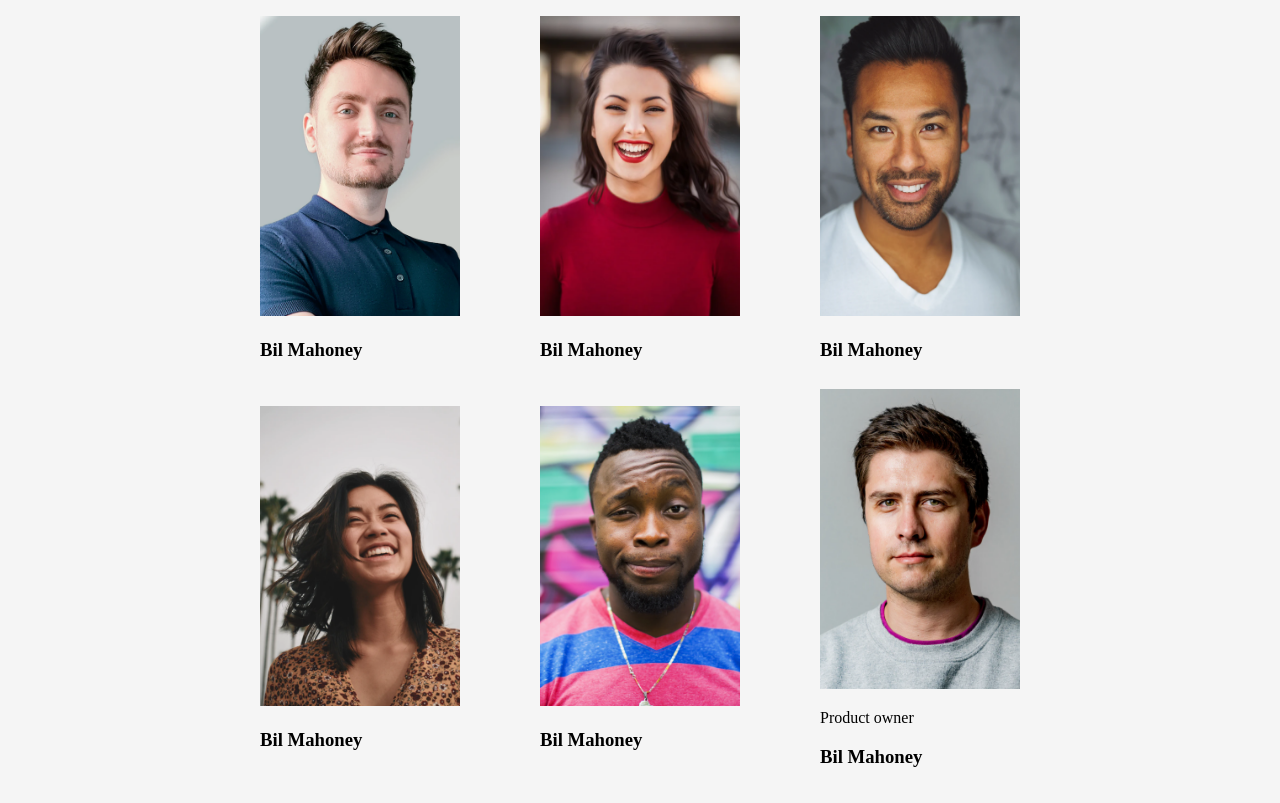
Repository: georgisenze/my-team-page-challeng
Page: index.html
These files come from the project's save history. The page is drawn as it stood at one moment and after the next save; the edit follows.
The browser window is 1280 px wide. The pictures show the whole page.

Above is the page before, as saved 2023-02-22 22:11:35.

After the next save:
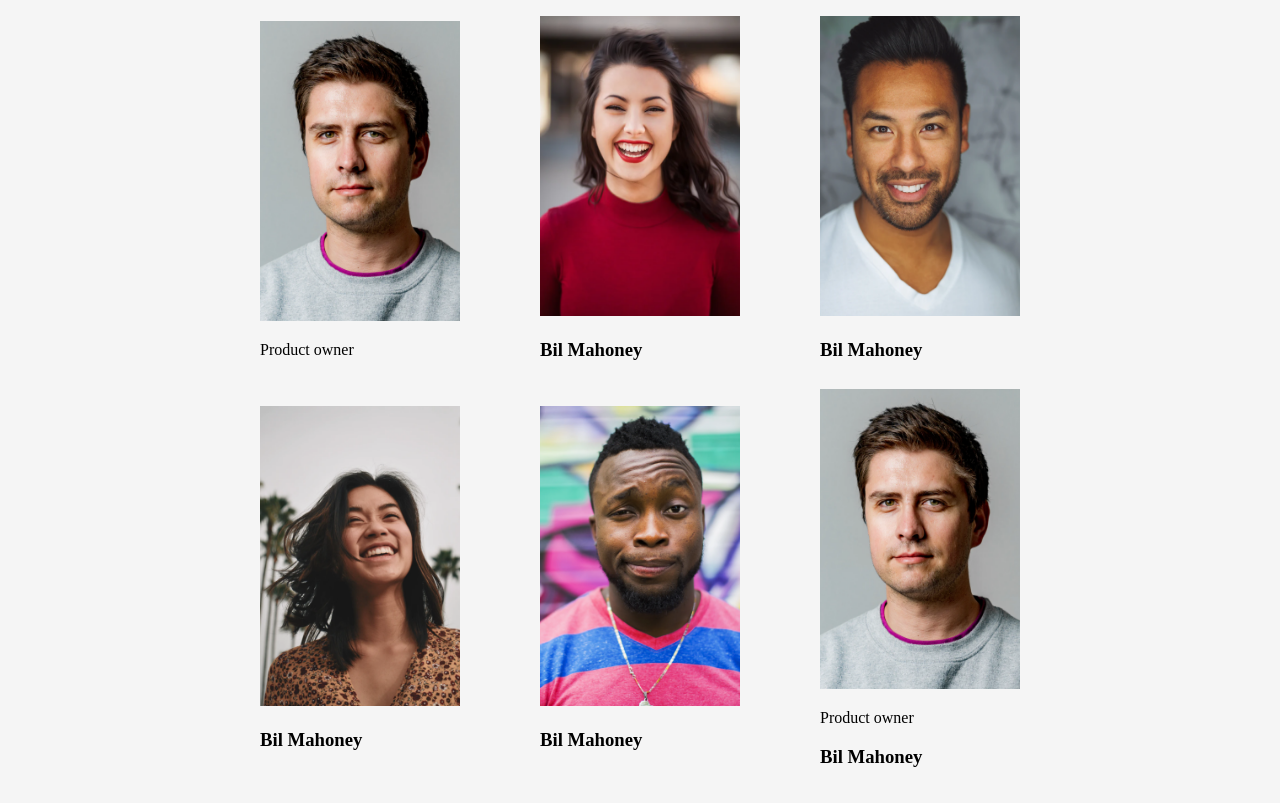
Saved 36 s later.
--- a/index.html
+++ b/index.html
@@ -11,8 +11,10 @@
 <body>
      <div class="container" id="container">
         <div class="box">
-            <img src="assets/img/photo1.png" alt="" >
-            <h3>Bil Mahoney</h3>
+            <span>
+                <img src="assets/img/photo6.png" alt="">
+                <p>Product owner</p>
+            </span>
         </div>
         <div class="box">
             <img src="assets/img/photo2.png" alt="">
